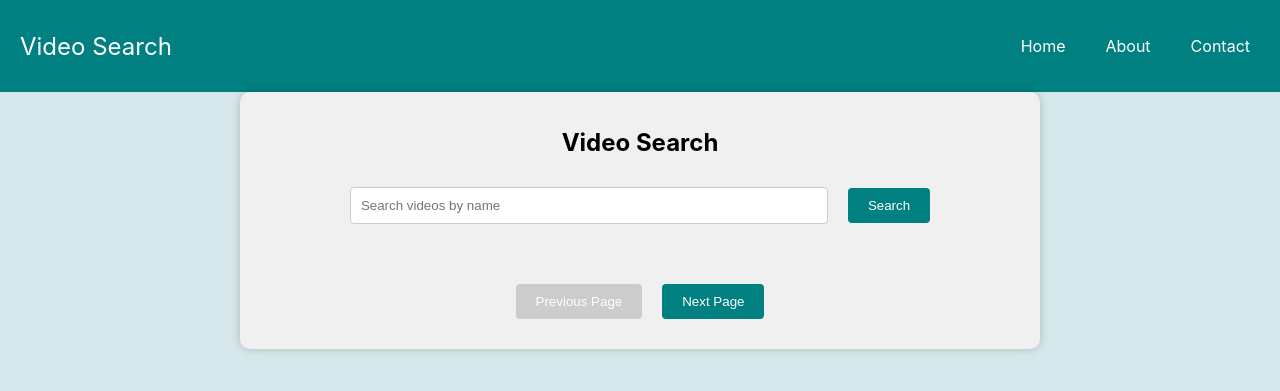
Repository: LolaSL/video-search
Page: /
The author's editor kept a copy of each file at every save. The page is drawn from the files as they stood at one save, then again after the next save.
The browser window is 1280 px wide. The pictures show the whole page.
The project was rebuilt for these pictures with package versions that can differ from the ones it lists, and the page was loaded fresh each time.

Above is the page before, as saved 2023-08-12 14:26:41.

After the next save:
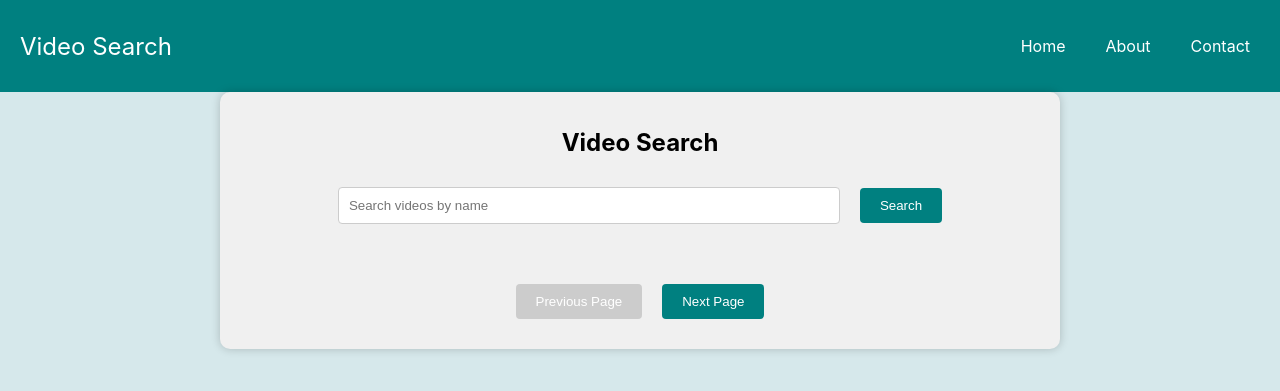
Saved 8 s later.
--- a/src/App.css
+++ b/src/App.css
@@ -5,12 +5,12 @@
   height: 100vh;
 }
 
-.container {
+/* .container {
   max-width: 800px;
   margin: 0 auto;
 
 
-}
+} */
 
 h1 {
   font-size: 24px;
